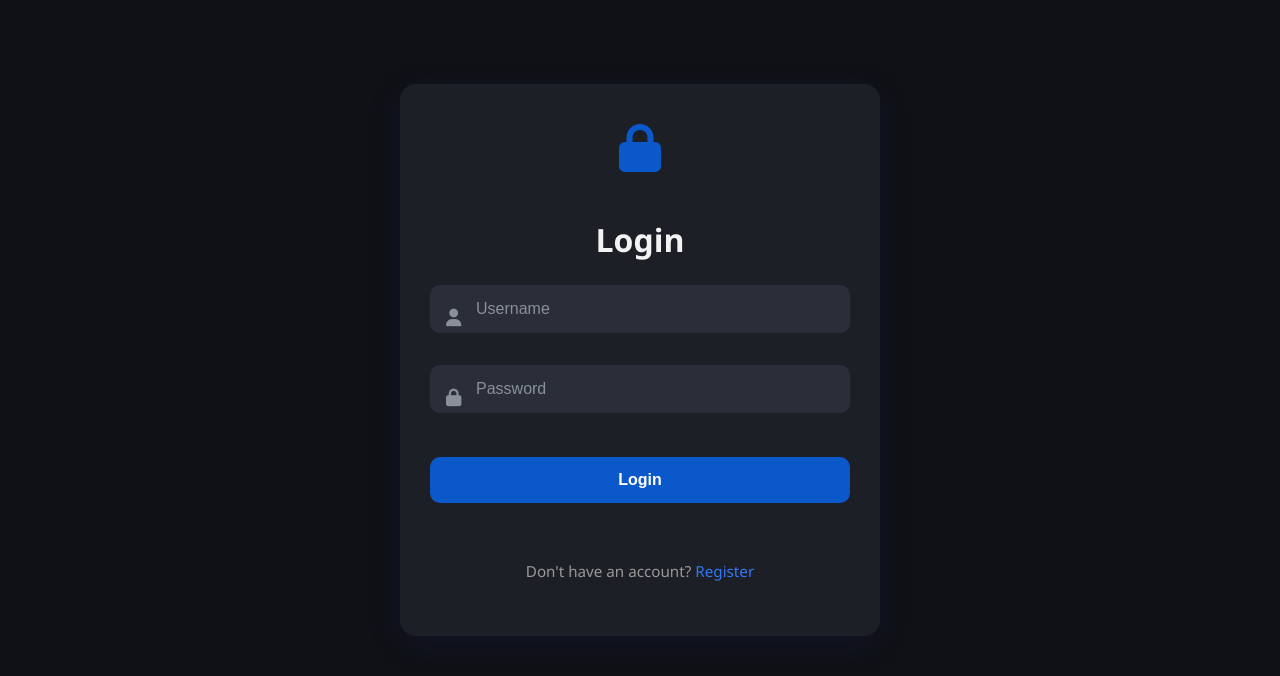
Repository: lowluds/auth-flask
Page: http://localhost/login
An editor plug-in stored every save of this project. The page is shown before and after the next save, followed by the edit.
The browser window is 1280 px wide. The pictures show the whole page.
The page is served by the project's application, run on Flask 3 (login.py).

Above is the page before, as saved 2025-07-10 22:15:50.

### templates/login.html
<!DOCTYPE html>
<html lang="en">
<head>
    <meta charset="UTF-8">
    <meta name="viewport" content="width=device-width, initial-scale=1.0">
    <title>Login</title>
    <link rel="stylesheet" href="{{ url_for('static', filename='register.css') }}">
    <link rel="stylesheet" href="{{ url_for('static', filename='error.css') }}">
    <link rel="stylesheet" href="https://cdnjs.cloudflare.com/ajax/libs/font-awesome/6.5.0/css/all.min.css">
</head>

<body>
    <div class="login-container">
        <i class="fas fa-lock" style="font-size:48px; color:#0a58ca; margin-bottom: 20px;"></i>
        <h2>Login</h2>
        <form method="post" action="/login">

          <div class="input-group">
              <i class="fas fa-user"></i>
              <input type="text" name="username" placeholder="Username" required><br>
            </div>

            <div class="input-group">
              <i class="fas fa-lock"></i>
              <input type="password" name="password" placeholder="Password" required><br>
            </div>

            {% with messages = get_flashed_messages(with_categories=true) %}
              {% if messages %}
                {% for category, message in messages %}
                  {% if category == 'error' %}
                  <div class="input-error">{{ message }}</div>
                  {% endif %}
                {% endfor %}
              {% endif %}
            {% endwith %}

            <button type="submit">Login</button><br>

            {% if show_forgot %}
            <a href="{{ url_for('forgot_password') }}" class="forgot-link">Forgot password?</a>
            {% endif %}

        </form>
        <p>Don't have an account? <a href="/register">Register</a></p>
    </div>
</body>
</html>

### login.py
from flask import Flask, render_template, request, redirect, url_for, session, flash
from werkzeug.security import check_password_hash
from werkzeug.security import generate_password_hash
import json

app = Flask (__name__)
app.secret_key = '123abc456'  # Change this to a secure random value

@app.route('/')
def home():
    return redirect(url_for('login'))

# Login
@app.route('/login', methods=['GET', 'POST'])
def login():
    if request.method == 'POST':
        # Get form input
        username = request.form['username']
        password = request.form['password']

        # Load users from JSON
        with open('users/userDB.json', 'r') as file:
            data = json.load(file)

        # Look for user
        for user in data['users']:
            if user['username'] == username:
                # Check hashed password
                if check_password_hash(user['password'], password):
                    session['username'] = username
                    session['group'] = user['group']
                    session.pop('show_forgot', None)

                    # Redirect based on group
                    if user['group'] == 'admin':
                        return redirect(url_for('admin'))
                    else:
                        return redirect(url_for('dashboard'))

                flash("Incorrect password", "error")
                session['show_forgot'] = True
                return redirect(url_for('login'))

        flash("Username or password not found", "error")
        session.pop('show_forgot', None)
        return redirect(url_for('login'))

    show_forgot = session.pop('show_forgot', False)
    return render_template('login.html', show_forgot=show_forgot)

# Register
@app.route('/register', methods=['GET', "POST"])
def register():
    if request.method == 'POST':
        username = request.form['username']
        password = request.form['password']
        group = "user"

        # Load existing users
        with open('users/userDB.json', 'r') as file:
            data = json.load(file)

        # Check for duplicate username
        for user in data['users']:
            if user['username'] == username:
                flash("Username already exists. Please choose another.", "error")
                return redirect(url_for('register'))

        # Hash the password
        hashed_password = generate_password_hash(password)

        # Add new user to userDB.json
        data['users'].append({
            'username': username,
            'password': hashed_password,
            'group'   : group
        })

        # Save the updated user to userDB.json
        with open('users/userDB.json', "w") as file:
            json.dump(data, file, indent=4)

        flash("You are registered! Please log in.", "success")
        return redirect(url_for('login'))

    # Only runs for GET requests
    return render_template('register.html')

# Forgot Password
@app.route('/forgot')
def forgot_password():
    return render_template('forgot.html')

# Dashboard
@app.route('/dashboard')
def dashboard():
    # Check if user is logged in
    if 'username' in session:
        return render_template('dashboard.html')
    else:
        return redirect(url_for('login'))
# Admin dashboard
@app.route('/admin')
def admin():
    if 'username' in session:
        if session.get('group') == 'admin':
            return render_template('admin.html')
        else:
            return "You are logged in, but not authorized to view this page"
    else:
        return redirect(url_for('login'))

# Logout
@app.route('/logout')
def logout():
    session.pop('username', None)
    return redirect(url_for('login'))

if __name__ == '__main__':
    app.run(debug=True)

### static/register.css
/* Global dark theme */
body {
    background: #0f1115;
    font-family: 'Segoe UI', Tahoma, Geneva, Verdana, sans-serif;
    margin: 0;
    padding: 0;
    color: #f3f3f3;
    min-height: 100vh;
    display: flex;
    justify-content: center;
    align-items: center;
}

/* Shared container styles */
.login-container,
.register-container,
.dashboard-container,
.admin-dashboard-container {
    background: #1c1f26;
    max-width: 420px;
    width: 100%;
    padding: 40px 30px;
    margin: 60px auto;
    border-radius: 16px;
    box-shadow: 0 8px 32px rgba(31, 38, 135, 0.18);
    display: flex;
    flex-direction: column;
    align-items: center;
}

.input-group {
    position: relative;
    width: 100%;
    margin-bottom: 16px;
}

.input-group i {
    position: absolute;
    top: 50%;
    left: 16px;
    transform: translateY(-50%);
    color: #8a8f9c;
    font-size: 1.1rem;
    pointer-events: none;
    width: 16px;
    height: 16px;
}

.input-group input {
    padding: 14px 16px 14px 46px; /* space for icon */
    height: 48px;
    border: none;
    border-radius: 10px;
    background-color: #2a2e39;
    color: #f3f3f3;
    font-size: 1rem;
    width: 100%;
    box-sizing: border-box;
}

.input-group input:focus {
    box-shadow: 0 0 0 2px rgba(52, 120, 246, 0.4);
}

/* Headings */
.login-container h2,
.register-container h2,
.dashboard-container h2,
.admin-dashboard-container h2 {
    color: #f3f3f3;
    margin-bottom: 24px;
    font-weight: 600;
    font-size: 2rem;
    text-align: center;
}

/* Forms */
form {
    width: 100%;
    display: flex;
    flex-direction: column;
    margin-bottom: 20px;
}

/* Labels */
label {
    margin-bottom: 6px;
    color: #ccc;
    font-size: 0.95rem;
}

/* Inputs */
input,
select {
    padding: 14px;
    margin-bottom: 16px;
    border: none;
    border-radius: 10px;
    background-color: #2a2e39;
    color: #f3f3f3;
    font-size: 1rem;
    transition: all 0.2s ease-in-out;
}

input::placeholder {
    color: #8a8f9c;
}

input:focus,
select:focus {
    outline: none;
    background-color: #2f3541;
    border: 1.5px solid #3478f6;
}

/* Buttons */
button {
    background-color: #0a58ca;
    color: #fff;
    border: none;
    border-radius: 10px;
    padding: 14px;
    font-size: 1rem;
    font-weight: 600;
    cursor: pointer;
    transition: background-color 0.3s ease;
    margin-top: 12px;
}

button:hover {
    background-color: #0846a1;
}

/* Links */
a {
    color: #3478f6;
    text-decoration: none;
    font-weight: 500;
    font-size: 0.95rem;
}

a:hover {
    color: #5a9afc;
    text-decoration: underline;
}

/* Paragraphs */
p {
    margin-top: 16px;
    color: #999;
    font-size: 0.95rem;
}

/* Forgot Password */
.forgot-link {
    text-align: center;
    margin-bottom: 10px;
}

/* Flash error styling */
.input-error {
    color: #ff4d4d;
    font-weight: bold;
    margin-bottom: 12px;
    text-align: center;
}

/* Responsive */
@media (max-width: 600px) {
    .login-container,
    .register-container,
    .dashboard-container,
    .admin-dashboard-container {
        width: 90%;
        padding: 24px;
    }
}

### static/error.css
/* Modern error style for login and form input errors */
.input-error {
    background: none;
    color: #ff0000;
    padding: 0;
    border-radius: 0;
    margin: 14px 0 18px 0;
    font-weight: 600;
    text-align: center;
    box-shadow: none;
    letter-spacing: 0.7px;
    font-size: 1.08rem;
    border: none;
    text-shadow: none;
    max-width: 400px;
    width: 90%;
    margin-left: auto;
    margin-right: auto;
}
@keyframes fadeOut {
  0% { opacity: 0.98; transform: translateY(0); }
  80% { opacity: 0.98; }
  100% { opacity: 0; transform: translateY(-20px); pointer-events: none; }
}

After the next save:
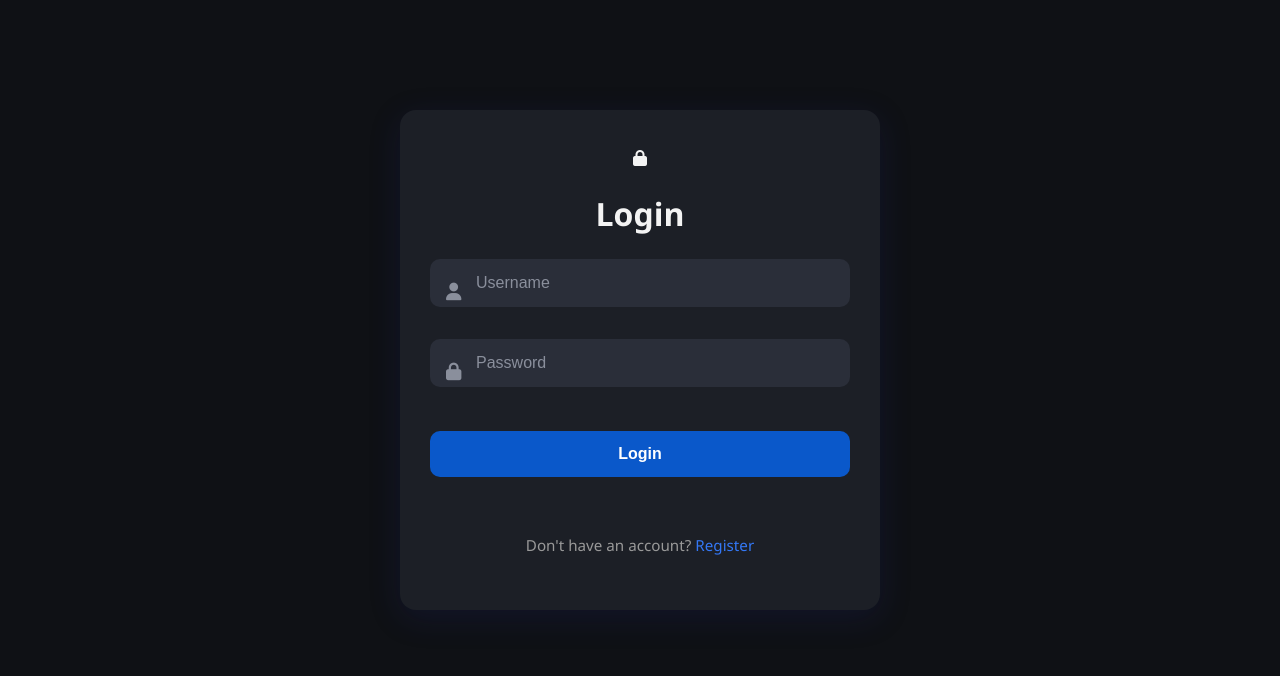
Saved 71 s later.
--- a/templates/login.html
+++ b/templates/login.html
@@ -11,18 +11,18 @@
 
 <body>
     <div class="login-container">
-        <i class="fas fa-lock" style="font-size:48px; color:#0a58ca; margin-bottom: 20px;"></i>
+        <i class="fas fa-lock"></i>
         <h2>Login</h2>
         <form method="post" action="/login">
 
           <div class="input-group">
               <i class="fas fa-user"></i>
-              <input type="text" name="username" placeholder="Username" required><br>
+              <input type="text" name="username" placeholder="Username" required>
             </div>
 
             <div class="input-group">
               <i class="fas fa-lock"></i>
-              <input type="password" name="password" placeholder="Password" required><br>
+              <input type="password" name="password" placeholder="Password" required>
             </div>
 
             {% with messages = get_flashed_messages(with_categories=true) %}
